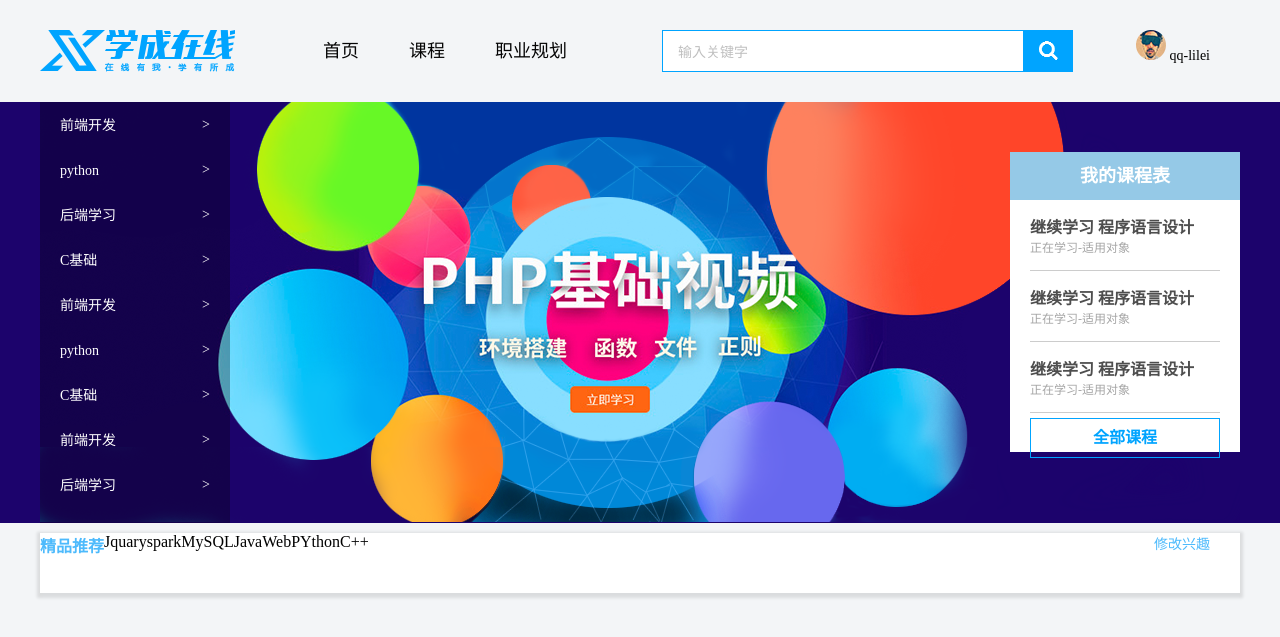
Repository: zhengdeya/web-based
Page: 39-学成在线/index.html
The author's editor kept a copy of each file at every save. The page is drawn from the files as they stood at one save, then again after the next save.
The browser window is 1280 px wide. The pictures show the whole page.

Above is the page before, as saved 2021-04-15 15:33:41.

### 39-学成在线/index.html
<!DOCTYPE html>
<html lang="en">

<head>
    <meta charset="UTF-8">
    <meta http-equiv="X-UA-Compatible" content="IE=edge">
    <meta name="viewport" content="width=device-width, initial-scale=1.0">
    <title>学成在线</title>
    <link rel="stylesheet" href="style.css">
</head>

<body>
    <div class="header">
        <!-- logo部分 -->
        <div class="logo">
            <img src="imgs/logo.png" alt="">
        </div>

        <!-- 实际开发中，不会直接用a而是用li包含链接（li+a）的做法 -->
        <div class="nav">
            <ul>
                <li><a href="#">首页</a></li>
                <li><a href="#">课程</a></li>
                <li><a href="#">职业规划</a></li>
            </ul>
        </div>

        <!-- 搜索区域 -->
        <div class="search">
            <input type="text" value="输入关键字">
            <button></button>
        </div>

        <!-- 用户模块 -->
        <div class="user">
            <img src="imgs/user.png" alt="">
            <span>qq-lilei</span>
        </div>
    </div>

    <div class="banner">
        <div class="box">

            <!-- 侧导航栏 -->
            <div class="subnav">
                <ul>
                    <li><a href="#">前端开发 <span>&gt;</span></a></li>
                    <li><a href="#">python <span>&gt;</span></a></li>
                    <li><a href="#">后端学习 <span>&gt;</span></a></li>
                    <li><a href="#">C基础 <span>&gt;</span></a></li>
                    <li><a href="#">前端开发 <span>&gt;</span></a></li>
                    <li><a href="#">python <span>&gt;</span></a></li>
                    <li><a href="#">C基础 <span>&gt;</span></a></li>
                    <li><a href="#">前端开发 <span>&gt;</span></a></li>
                    <li><a href="#">后端学习 <span>&gt;</span></a></li>
                </ul>
            </div>

            <!-- 右侧课程栏 -->
            <div class="course">
                <h2>我的课程表</h2>
                <div class="content">
                    <ul>
                        <li>
                            <h4>继续学习 程序语言设计</h4>
                            <p>正在学习-适用对象</p>
                        </li>
                        <li>
                            <h4>继续学习 程序语言设计</h4>
                            <p>正在学习-适用对象</p>
                        </li>
                        <li>
                            <h4>继续学习 程序语言设计</h4>
                            <p>正在学习-适用对象</p>
                        </li>
                    </ul>

                    <a href="#" class="more">全部课程</a>
                </div>
            </div>
        </div>
    </div>

    <div class="footer">
        <h3>精品推荐</h3>
        <ul>
            <li>Jquary</li>
            <li>spark</li>
            <li>MySQL</li>
            <li>JavaWeb</li>
            <li>PYthon</li>
            <li>C++</li>
        </ul>
        <div class="change">修改兴趣</div>
    </div>
</body>

</html>

### 39-学成在线/style.css
* {
    margin: 0;
    padding: 0;
}

body {
    background-color: #f3f5f7;
}

li {
    list-style: none;
}

a {
    text-decoration: none;
}

.header,
.box,
.footer {
    margin: 0 auto;
    width: 1200px;
    /* background-color: gray; */

}

.header {
    margin: 30px auto;
    height: 42px;
}

.header .logo {
    float: left;
    width: 198px;
    height: 42px;
    /* background-color: pink; */
}

.header .nav {
    float: left;
    margin-left: 60px;
}

.header .nav li {
    margin: 0 15px;
    float: left;
}

.header .nav li a {
    display: block;
    height: 42px;
    line-height: 42px;
    padding: 0 10px;
    font-size: 18px;
    color: #050505;
}

.header .nav li a:hover {
    border-bottom: 2px solid #00a4ff;
    color: #00a4ff;
}

/* 搜索模块 */
.header .search {
    float: left;
    margin-left: 70px;
    width: 412px;
    height: 42px;
    /* background-color: skyblue; */
}

.header .search input {
    float: left;
    width: 345px;
    height: 40px;
    border: 1px solid #00a4ff;
    border-right: none;
    color: #bfbfbf;
    font-size: 14px;
    padding-left: 15px;
}

.header .search button {
    float: left;
    width: 50px;
    height: 42px;
    background-color: pink;
    border: 0;
    background: url(imgs/btn.png);
}

.header .user {
    float: right;
    line-height: 42px;
    margin-right: 30px;
    font-size: 14px;
}


/* banner部分 */

.banner {
    height: 421px;
    background-color: #1c036c;
}

.banner .box {

    height: 421px;
    /* 背景图片垂直靠上水平居中 */
    background: url(imgs/banner2_20190819_210028.png) no-repeat top center;
}

.subnav {
    float: left;
    width: 190px;
    height: 421px;
    background: rgba(0, 0, 0, .3);
}

.subnav li {
    height: 45px;
    line-height: 45px;
    padding: 0 20px;
}

.subnav a {
    font-size: 14px;
    color: #fff;
}

.subnav li a span {
    float: right;
}

.subnav a:hover {
    color: #00a4ff;
}

/* 课程表模块 */
.course {
    float: right;
    /* 浮动的盒子不会有外边距合并的问题 */
    margin-top: 50px;
    width: 230px;
    height: 300px;
    background-color: #fff;
}

.course h2 {
    height: 48px;
    background-color: #95C9E7;
    text-align: center;
    line-height: 48px;
    font-size: 18px;
    color: #fff;
}

.course .content {
    padding: 0 20px;
}

.course .content ul li {
    padding: 14px 0;
    border-bottom: 1px solid #ccc;
}

.course .content ul li h4 {
    font-size: 16px;
    color: #4e4e4e;
}

.course .content ul li p {
    font-size: 12px;
    color: #a5a5a5;
}

.course .content .more {
    display: block;
    margin-top: 5px;
    height: 38px;
    text-align: center;
    line-height: 38px;
    font-size: 16px;
    font-weight: 700;
    color: #00a4ff;
    border: 1px solid #00a4ff;
}

/* 精品推荐模块 */
.footer {
    margin-top: 10px;
    height: 60px;
    background-color: #fff;
    box-shadow: 0 2px 3px 3px rgba(0, 0, 0, .1);
}

.footer h3 {
    float: left;
    font-size: 16px;
    color: #4DBAFC;
}

.footer ul li {
    float: left;
}

.footer .change {
    float: right;
    margin-right: 30px;
    font-size: 14px;
    color: #4DBAFC;
}

After the next save:
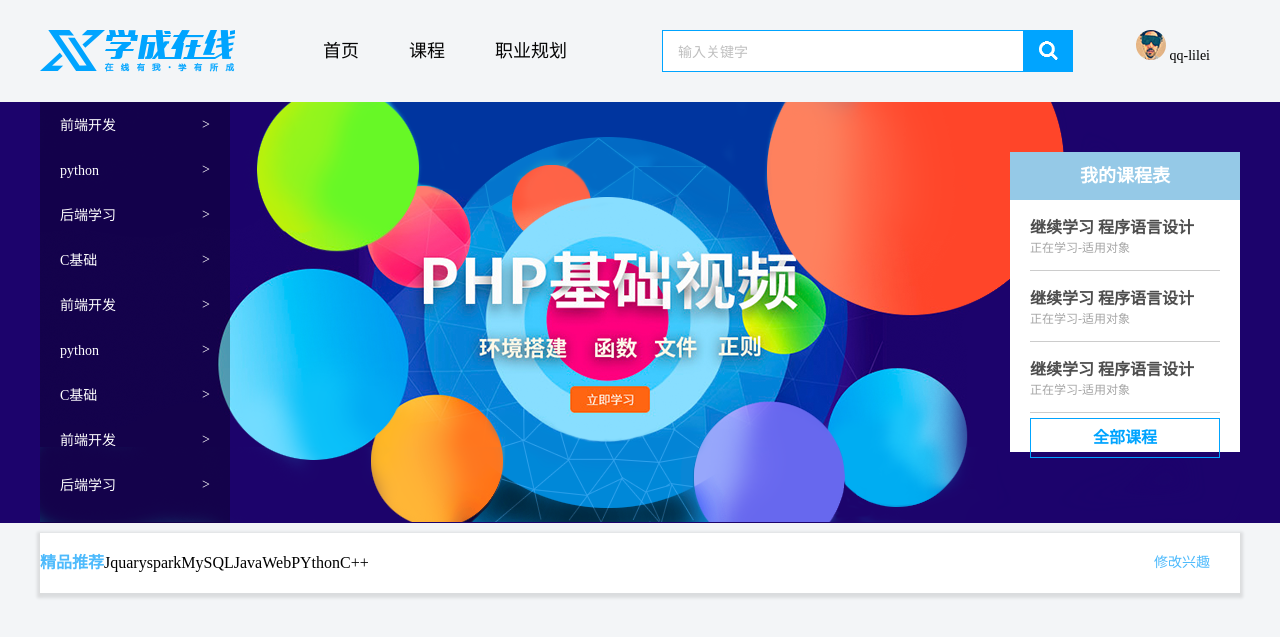
Saved 34 s later.
--- a/39-学成在线/style.css
+++ b/39-学成在线/style.css
@@ -191,6 +191,7 @@ a {
 .footer {
     margin-top: 10px;
     height: 60px;
+    line-height: 60px;
     background-color: #fff;
     box-shadow: 0 2px 3px 3px rgba(0, 0, 0, .1);
 }
